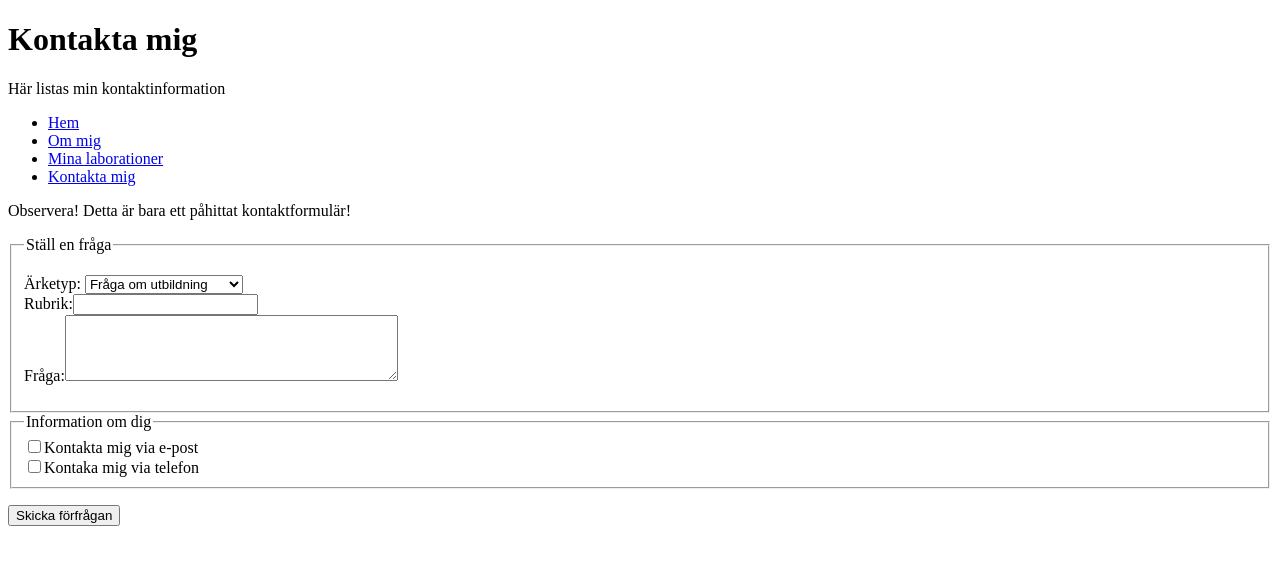
Repository: Holmewi/1ik415-jh222qr-laborationer
Page: pages/kontakt.html
The author's editor kept a record of every edit. The page is drawn from the files as they stood at one moment, then again after the next edit.
The browser window is 1280 px wide. The pictures show the whole page.

Above is the page before.

After the next edit:
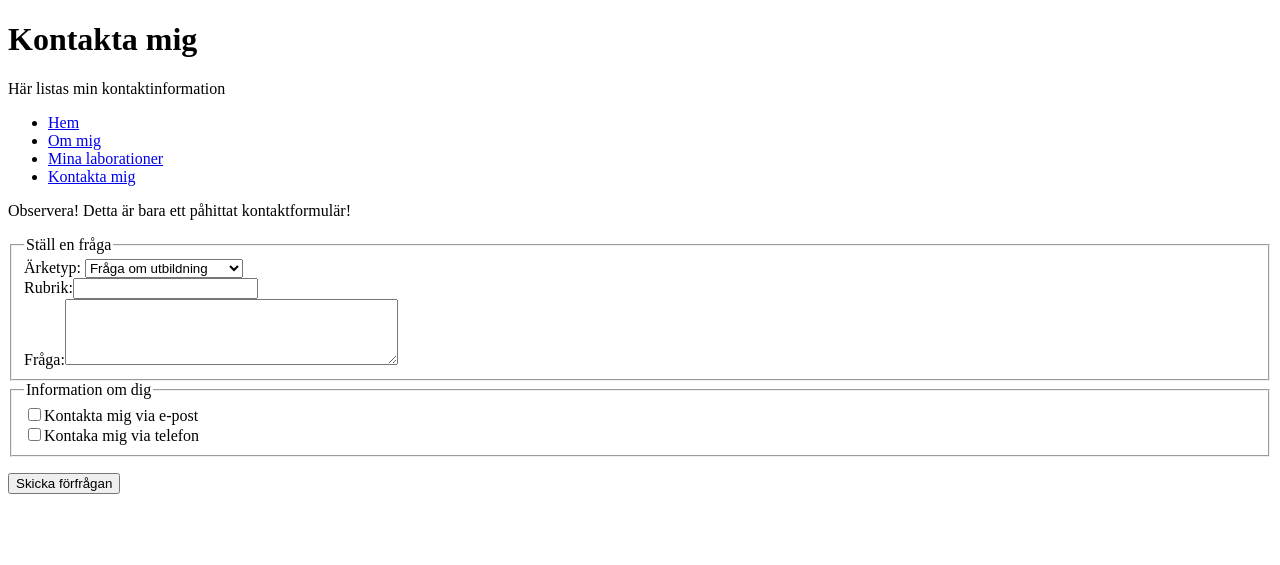
The edit:
--- a/pages/kontakt.html
+++ b/pages/kontakt.html
@@ -22,7 +22,7 @@
         <form id="input" action="http://voyager.lnu.se/tekinet/kurser/dtt/wp_webbintro/form.php" method="post">
             <fieldset>
                 <legend>Ställ en fråga</legend>
-                <p>
+
                 Ärketyp:
                 <select>
                     <option value="utbildning">Fråga om utbildning</option>
